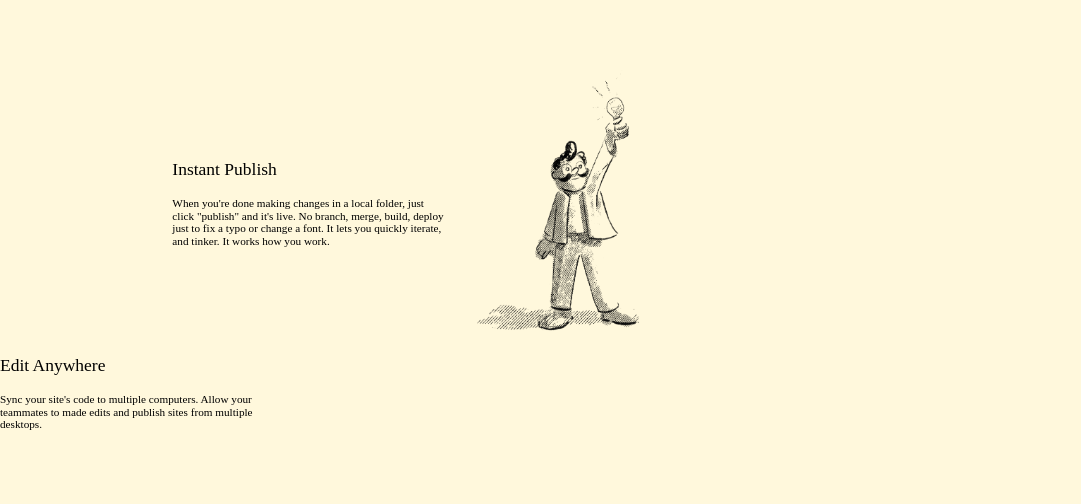
Repository: Pbemits/TEAMWORK-PROJECT-ONE
Page: index.html
An editor plug-in stored every save of this project. The page is shown before and after the next save, followed by the edit.
The browser window is 1280 px wide. The page is 1280 px wide, then 1544 px, so the pictures cover 1544 px, including what lies to the right of the window. The pictures show the part of the page from y = 0 to 1600 px (the page is 720 px tall before and 2246 px after), at 70% of full size.
Some web fonts or font styles are not loaded; a fallback is used.

Above is the page before, as saved 2023-09-01 23:11:47.

### index.html
<!DOCTYPE html>
<html lang="en">
<head>
    <meta charset="UTF-8">
    <meta name="viewport" content="width=device-width, initial-scale=1.0">
    <link rel="stylesheet" href="./assets/css/base.css">
    <link rel="stylesheet" href="./assets/css/main.css">
    <!-- ~: FONT: 'Noto Sans JP', sans-serif -->
    <link rel="preconnect" href="https://fonts.googleapis.com">
    <link rel="preconnect" href="https://fonts.gstatic.com" crossorigin>
    <link href="https://fonts.googleapis.com/css2?family=Noto+Sans+JP:wght@100;200;300;400;500;600&display=swap" rel="stylesheet">
    <!-- ~: FONT: 'PT Serif Caption', serif -->
    <link rel="preconnect" href="https://fonts.googleapis.com">
    <link rel="preconnect" href="https://fonts.gstatic.com" crossorigin>
    <link href="https://fonts.googleapis.com/css2?family=PT+Serif+Caption:ital@0;1&display=swap" rel="stylesheet">
    <title>TEAMWORK PROJECT ONE</title>
</head>
<body>
    <!-- TODO: HEADER MAIN -->
    <div id="header-main">

    </div>
    <!-- TODO: CONTENT MAIN -->
    <div id="content-main">
        <!-- CODE BY XUAN DAI -->
        <!-- CONTENT-SECTION-TWO -->
        <div class="content-section-two">

            <!-- WRAPPER ONE -->
            <div class="content-wrapper-element-one">
                <div class="wrapper-element-one">
                    <div class="wrapper-element-texts">
                        <div class="element-text-h3">
                            <h3>Instant Publish</h3>
                        </div>
                        <div class="element-texts-paragraph">
                            <p>When you're done making changes in a local folder, just<br> click "publish" and it's live. No branch, merge, build, deploy<br> just to fix a typo or change a font. It lets you quickly iterate,<br> and tinker. It works how you work.</p>
                        </div>
                    </div>
                </div>

                <div class="wrapper-element-two">
                    <div class="wrapper-element-image">
                        <div class="element-img">
                            <img src="./assets/image/ligter.png" alt="ÁNH SÁNG CỦA ĐẢNG VN">
                        </div>
                    </div>
                </div>
            </div>
            <!-- END WRAPPER ONE -->

            <!-- WRAPPER TWO -->
            <div class="content-wrapper-element-two">
                <div class="wrapper-element-one">
                    <div class="wrapper-element-image">
                        <div class="element-img"></div>
                    </div>
                </div>

                <div class="wrapper-element-two">
                    <div class="wrapper-element-texts">
                        <div class="element-text-h3">
                            <h3>Edit Anywhere</h3>
                        </div>
                        <div class="element-texts-paragraph">
                            <p>Sync your site's code to multiple computers. Allow your<br> teammates to made edits and publish sites from multiple<br> desktops.</p>
                        </div>
                    </div>
                </div>
            </div>
            <!--END WRAPPER TWO -->

            <!-- WRAPPER THREE -->
            <div class="content-wrapper-element-three">
                <div class="wrapper-element-one">
                    <div class="wrapper-element-texts">
                        <div class="element-text-h3"></div>
                        <div class="element-texts-paragraph"></div>
                    </div>
                </div>

                <div class="wrapper-element-two">
                    <div class="wrapper-element-image">
                        <div class="element-img"></div>
                    </div>
                </div>
            </div>
            <!-- END WRAPPER THREE -->

        </div>
        <!-- END CONTENT-SECTION-TWO -->
        <!-- END CODE BY XUAN DAI -->
    </div>
    <!-- TODO: FOOTER MAIN -->
    <div id="footer-main">

    </div>
</body>
</html>

### assets/css/base.css
* {
    margin: 0;
    padding: 0;
    box-sizing: border-box;
}
body {
    background-color: #fff8dc;
    font-family: 'Noto Sans JP', sans-serif;
    font-family: 'PT Serif Caption', serif;
}

:root {
    --color-texts: #161616;
}

### assets/css/main.css
/* WRAPPER ONE */
.content-wrapper-element-one {
    display: flex;
    align-items: center;
    justify-content: center;
    margin-top: 100px;
}

.content-wrapper-element-one .wrapper-element-texts .element-text-h3 h3 {
    font-size: 25px;
    font-weight: 400;
}

.content-wrapper-element-one .wrapper-element-texts .element-texts-paragraph {
    margin: 26px 0;
}

.content-wrapper-element-one .element-img {
    width: 100%;
}

.content-wrapper-element-one .element-img img {
    width: 400px;
}
/* END WRAPPER ONE */



/* WRAPPER TWO */

.content-wrapper-element-two .wrapper-element-texts .element-text-h3 h3 {
    font-size: 25px;
    font-weight: 400;
}

.content-wrapper-element-two .wrapper-element-texts .element-texts-paragraph {
    margin: 26px 0;
}

/* END WRAPPER TWO */

After the next save:
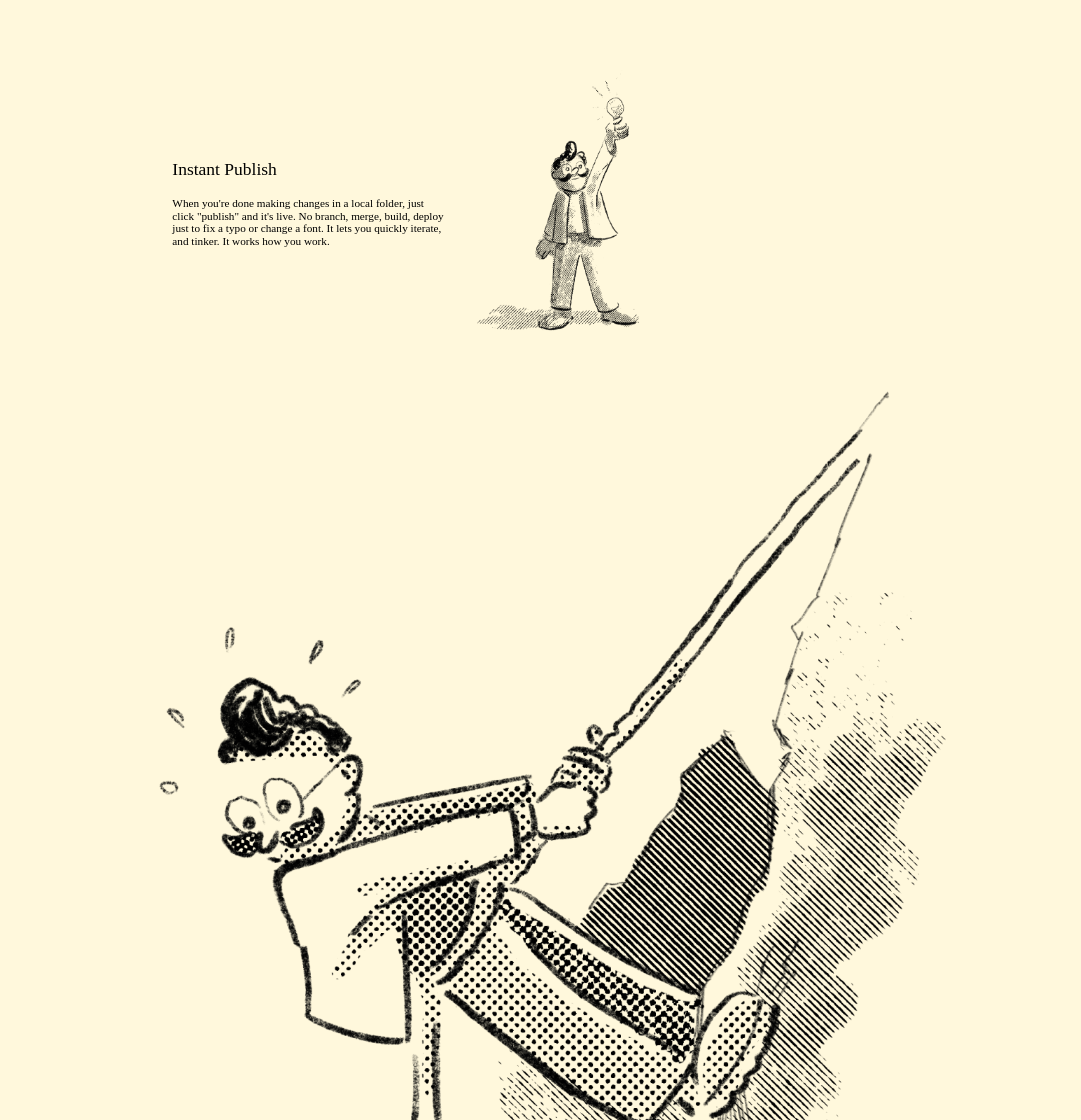
Saved 3 min 27 s later.
--- a/index.html
+++ b/index.html
@@ -53,7 +53,9 @@
             <div class="content-wrapper-element-two">
                 <div class="wrapper-element-one">
                     <div class="wrapper-element-image">
-                        <div class="element-img"></div>
+                        <div class="element-img">
+                            <img src="./assets/image/edit-anywhere.png" alt="EDIT ANYWHERE">
+                        </div>
                     </div>
                 </div>
 
